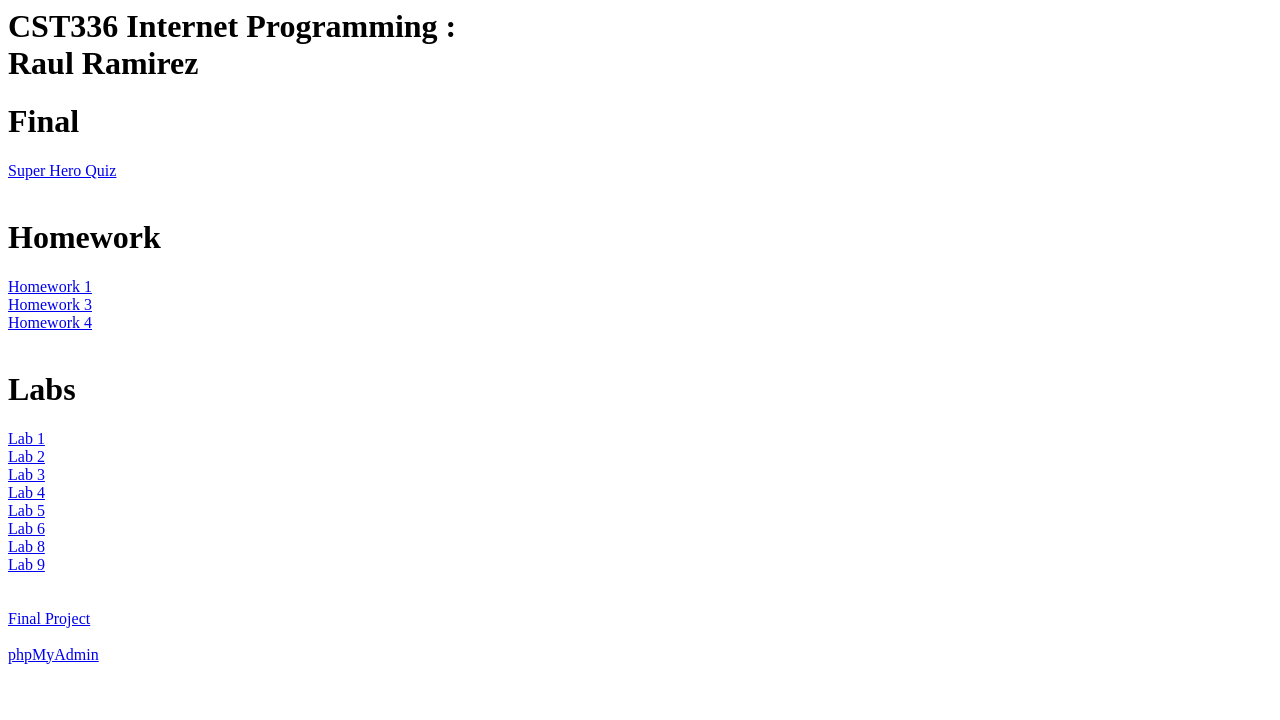
Repository: granolavsraosins/CST336
Page: http://localhost/
The author's editor kept a record of every edit. The page is drawn from the files as they stood at one moment, then again after the next edit.
The browser window is 1280 px wide. The pictures show the whole page.
The page is run by PHP 8.4 with error messages shown; the project is at /var/www/html/.

Above is the page before.

### index.php
<html>
    <body>
<?php
    echo "<h1>CST336 Internet Programming : <br>Raul Ramirez </h1>";
?>
<h1>Final</h1>
<a href="/final/superheroquiz/index.php"> Super Hero Quiz</a>
<br>
<br>

<h1> Homework </h1>
<a href="/rramirezhw1/index.php"> Homework 1</a>
<br>
<a href="/rramirezhw3/index.php"> Homework 3</a>
<br>
<a href="/rramirezhw4/index.html"> Homework 4</a>
<br><br>
<h1> Labs </h1>
<a href="/rramirezlab1/home.html"> Lab 1 </a>
<br />
<a href="/rramirezlab2/index.php"> Lab 2</a>
<br>
<a href="/rramirezlab3/index.php"> Lab 3</a>
<br>
<a href="/rramirezlab4/index.php"> Lab 4</a>
<br>
<a href="/rramirezlab5/index.php"> Lab 5</a>
<br>
<a href="/rramirezlab6/login.php"> Lab 6</a>
<br>
<a href="/rramirezlab8/index.php"> Lab 8</a>
<br>
<a href="/rramirezlab9/index.php"> Lab 9</a>
<br>
</br>
</br>
<a href="/finalProject/frontPage.php">Final Project</a>
</br>
</br>
<a href="/phpmyadmin/index.php"> phpMyAdmin</a>
<br>
</body>
</html>

After the next edit:
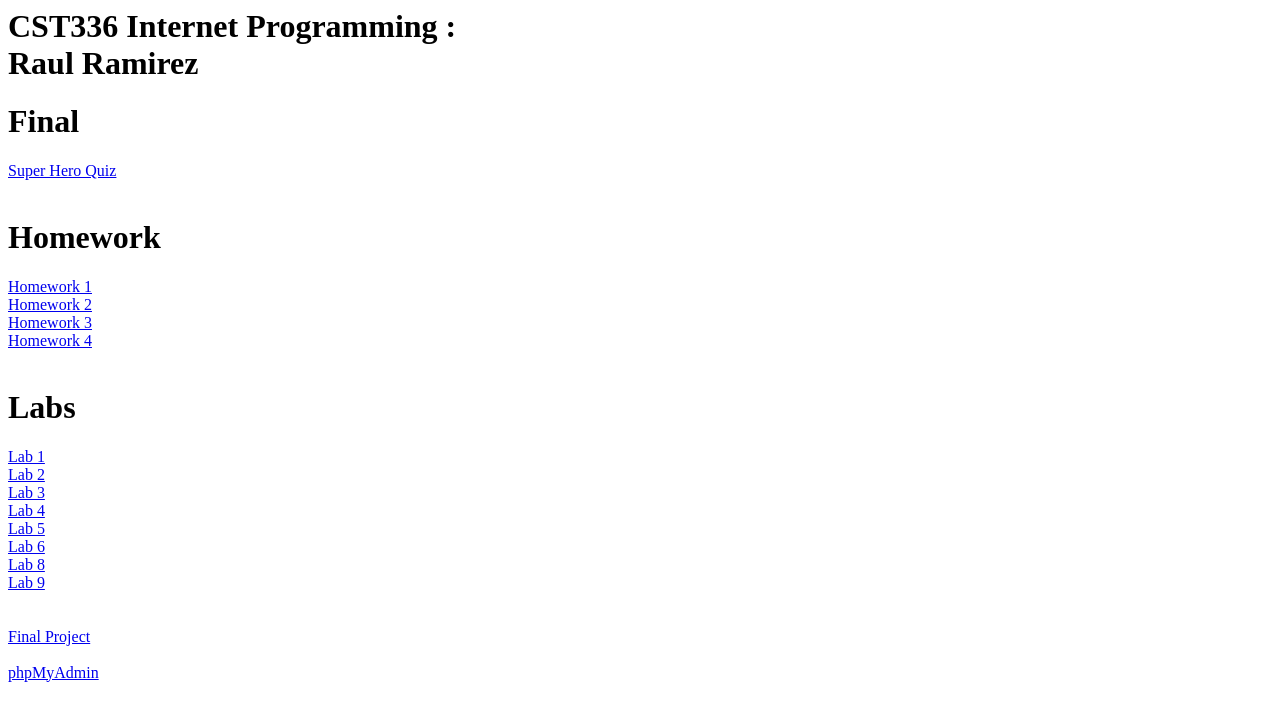
The edit:
--- a/index.php
+++ b/index.php
@@ -10,6 +10,8 @@
 
 <h1> Homework </h1>
 <a href="/rramirezhw1/index.php"> Homework 1</a>
+<br>
+<a href="/rramirezhw2/index.php"> Homework 2</a>
 <br>
 <a href="/rramirezhw3/index.php"> Homework 3</a>
 <br>
